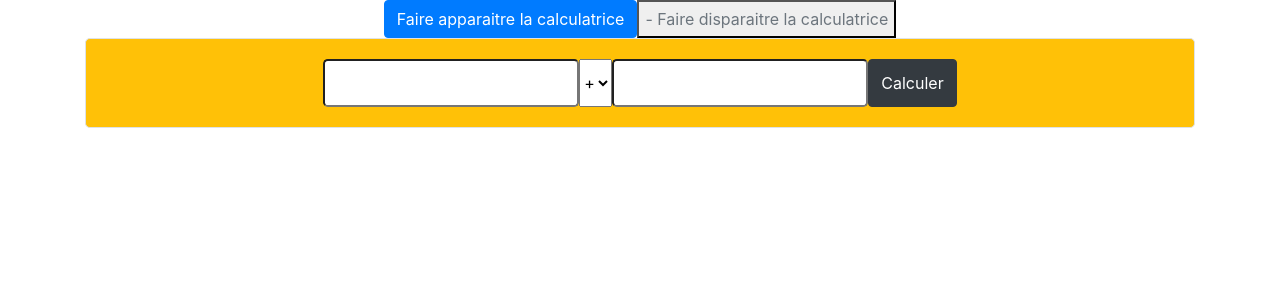
Repository: julieLyM/calculatrice
Page: calculatrice.html
These files come from the project's save history. The page is drawn as it stood at one moment and after the next save; the edit follows.
The browser window is 1280 px wide. The pictures show the whole page.

Above is the page before, as saved 2020-12-08 15:00:30.

After the next save:
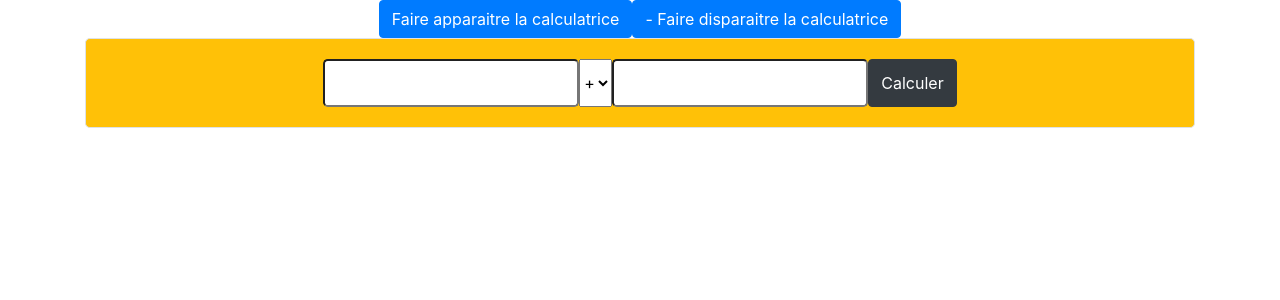
Saved 4 s later.
--- a/calculatrice.html
+++ b/calculatrice.html
@@ -13,7 +13,7 @@
 
         <div class="row justify-content-center" style="margin: 0 auto; text-align:center">
             <button class="btn btn-primary" id="appear" >Faire apparaitre la calculatrice </button>
-            <button class="text-secondary" id="disapear">- Faire disparaitre la calculatrice</button>
+            <button class="btn btn-primary" id="disapear">- Faire disparaitre la calculatrice</button>
         </div>
 
 
